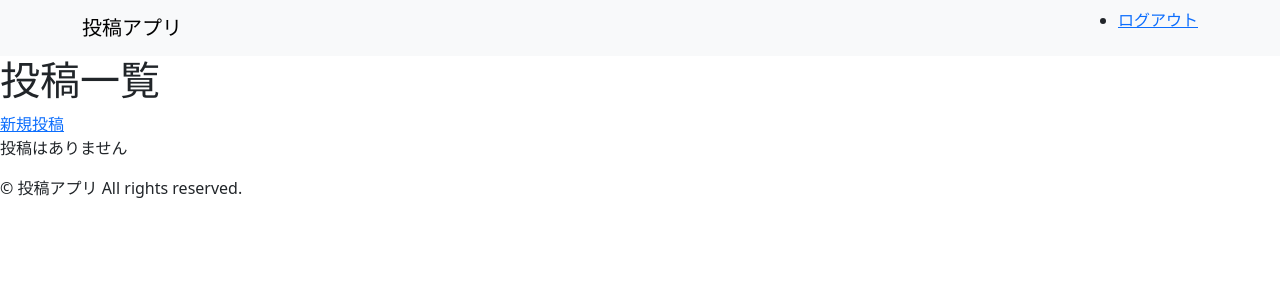
Repository: Yu62ballena/laravel_posting_app
Page: http://localhost/posts
The author's editor kept a copy of each file at every save. The page is drawn from the files as they stood at one save, then again after a run of saves.
The browser window is 1280 px wide. The pictures show the whole page.
The page is served by the project's Laravel application, run on PHP 8.4 with Laravel 10. A made-up administrator, Test User (test@example.com), is signed in. Queries for data that is not in the repository find no rows.

Above is the page before, as saved 2024-05-21 13:50:52.

After the next 3 saves:
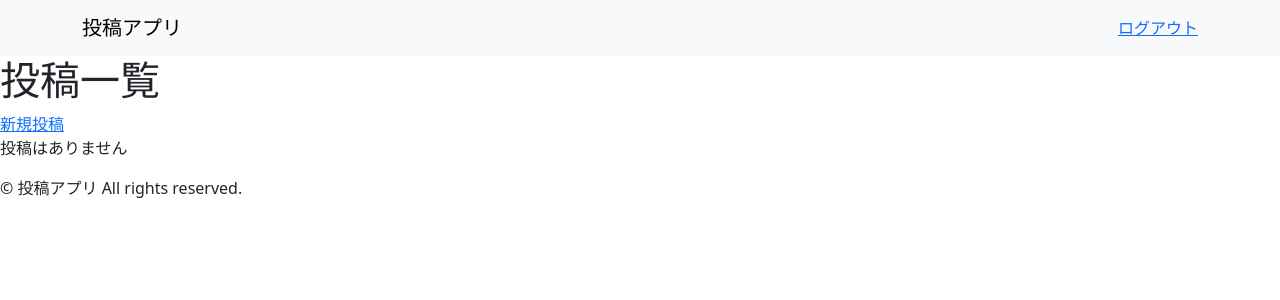
The 3 saves are shown as one change because they came seconds apart.
The last was saved 11 s later.
--- a/resources/views/posts/index.blade.php
+++ b/resources/views/posts/index.blade.php
@@ -15,7 +15,7 @@
 <div class="container">
                 <a href="{{ route('posts.index') }}" class="navbar-brand">投稿アプリ</a>
 
-                <ul>
+                <ul class="navbar-nav">
                     <li>
                         <a href="{{ route('logout') }}" onclick="event.preventDefault(); document.getElementById('logout-form').submit();">ログアウト</a>
                         <form id="logout-form" action="{{ route('logout') }}" method="POST">
